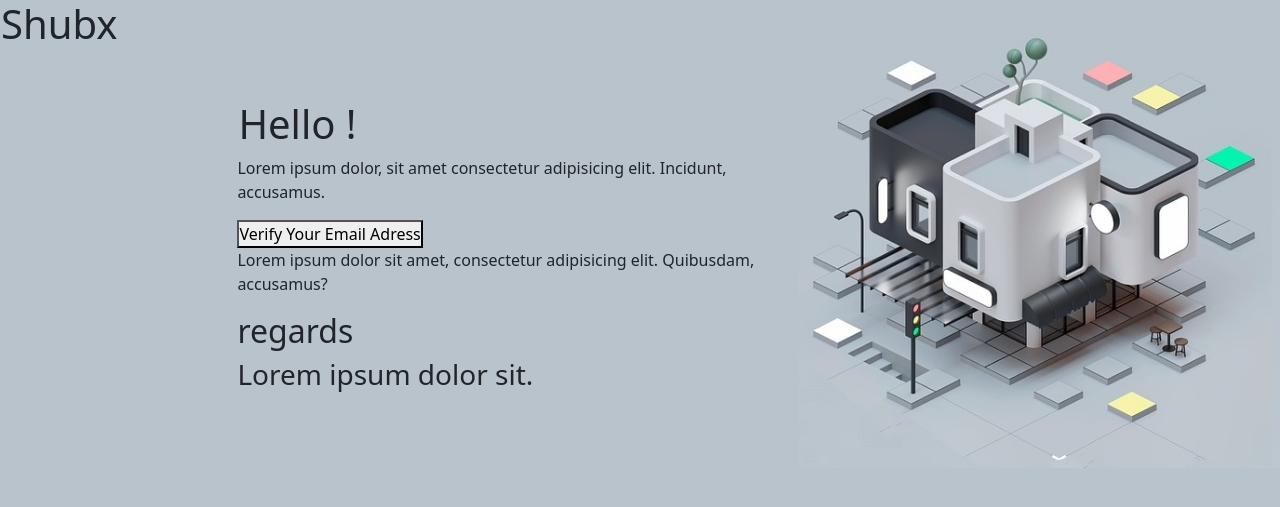
Repository: Aayush919/taskui
Page: index.html
The author's editor kept a copy of each file at every save. The page is drawn from the files as they stood at one save, then again after a run of saves.
The browser window is 1280 px wide. The pictures show the whole page.

Above is the page before, as saved 2024-01-12 12:48:14.

After the next 2 saves:
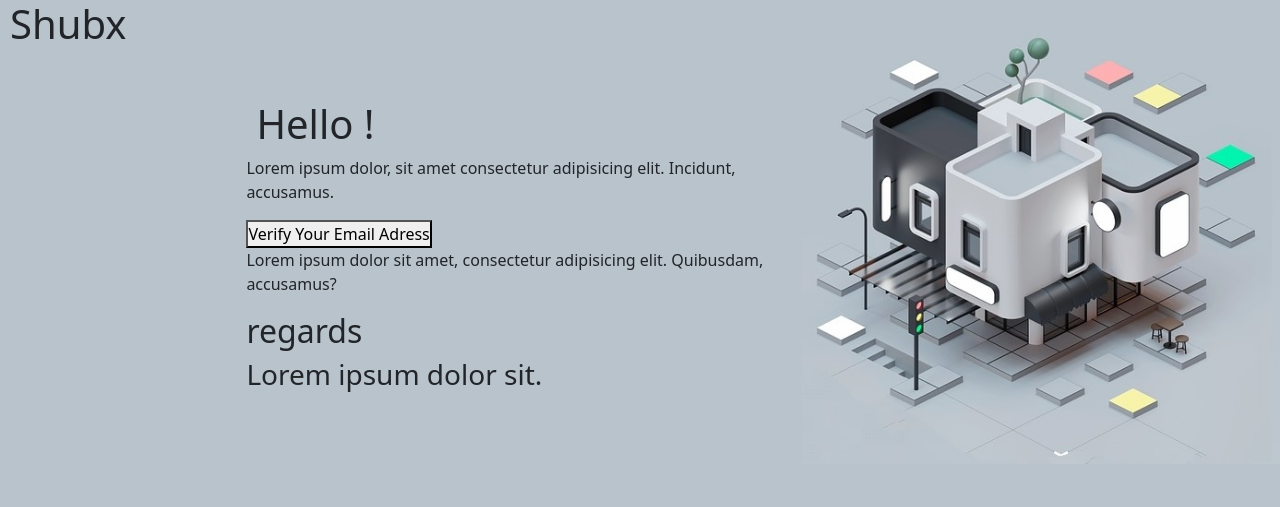
The 2 saves are shown as one change because they came seconds apart.
The last was saved 11 s later.
--- a/style.css
+++ b/style.css
@@ -48,5 +48,5 @@
 
 }
 .custom-bg h1{
-    margin-left: 1px;
+    margin-left: 10px;
 }

After the save that followed:
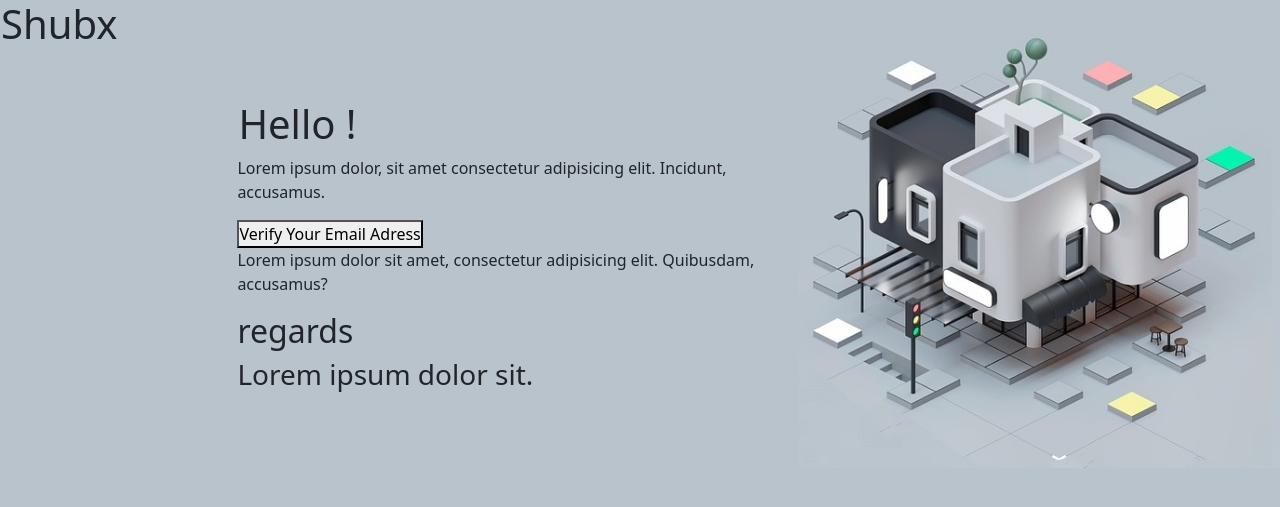
Saved 8 s later.
--- a/style.css
+++ b/style.css
@@ -48,5 +48,5 @@
 
 }
 .custom-bg h1{
-    margin-left: 10px;
+    margin-left: 1px;
 }
